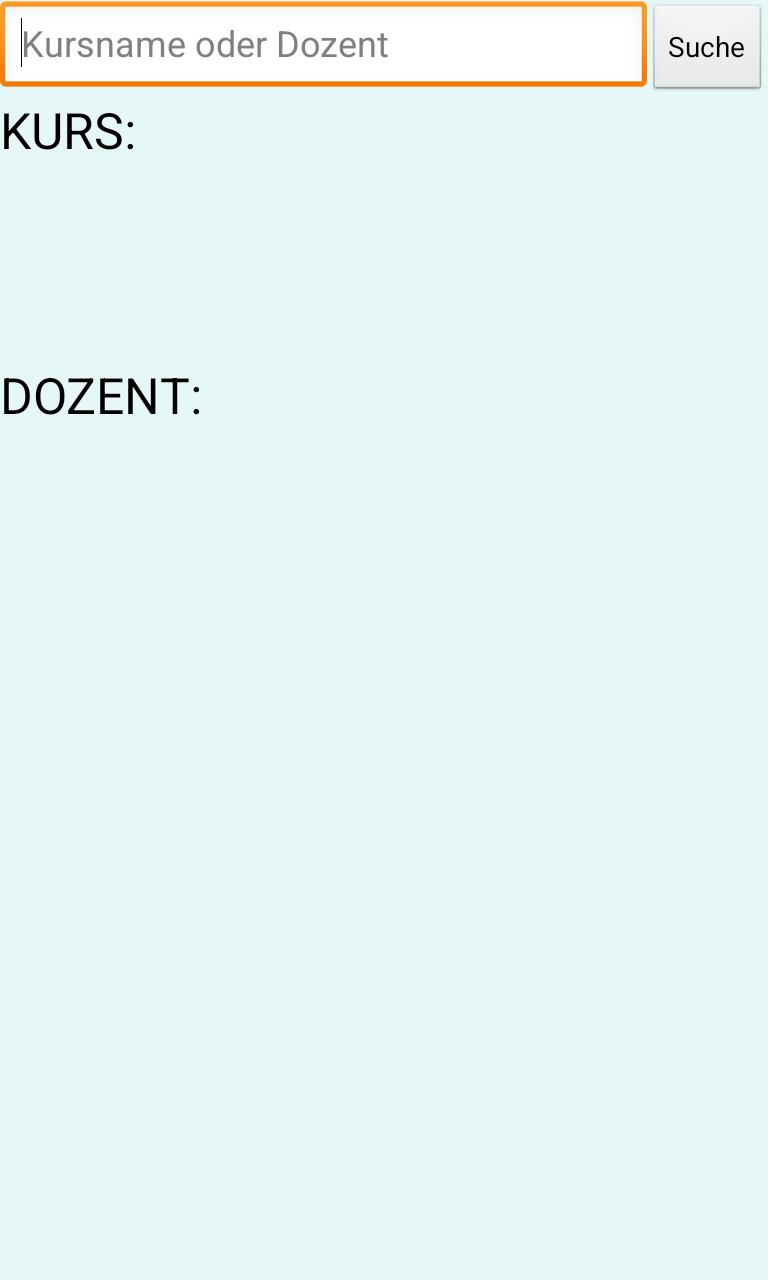
Repository: georgleber/IliConnect
Layout: IliConnect/res/layout/suche_layout.xml
These files come from the project's save history. The layout is drawn as it stood at one moment and after the next save; the edit follows.
It is drawn on a 768 x 1280 px phone screen (xhdpi) without system bars, with theme AppTheme; the app's code is not run. Lists and similar views that code fills are empty.

Above is the layout before, as saved 2012-12-18 22:31:18.

After the next save:
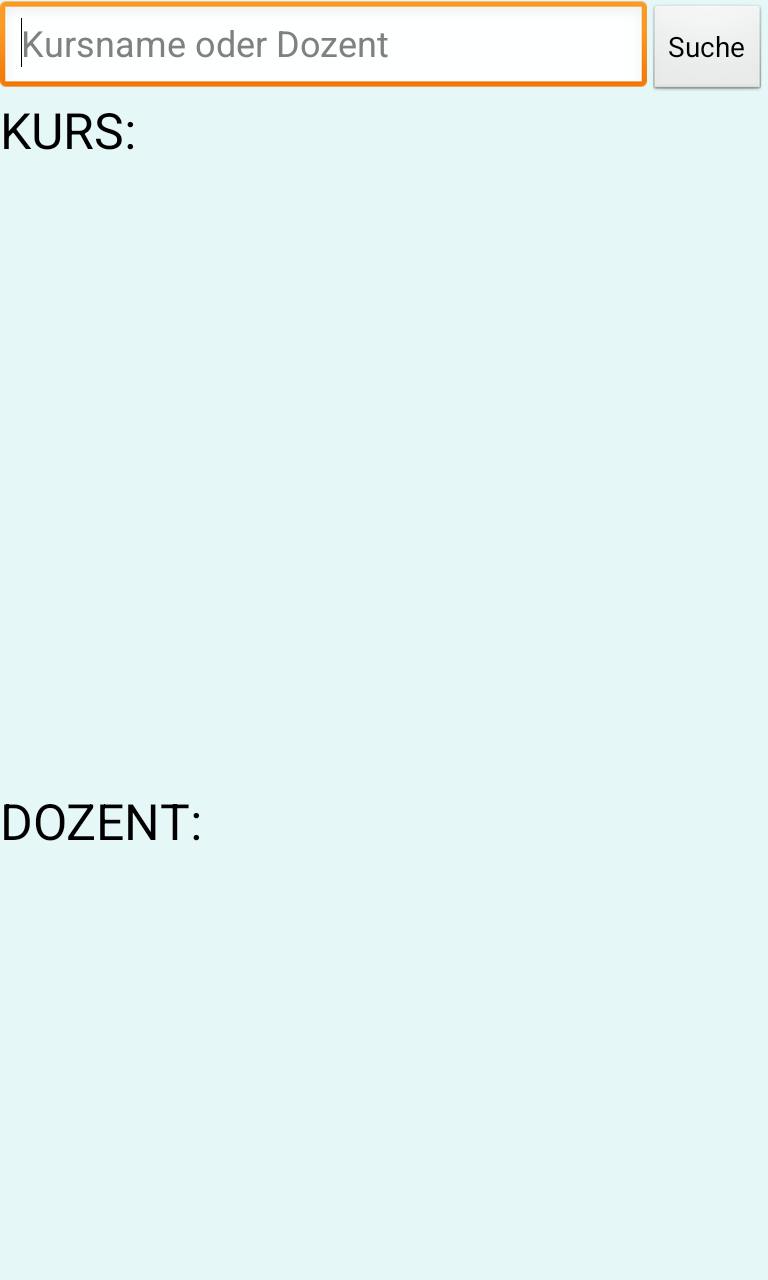
Saved 11 s later.
--- a/IliConnect/res/layout/suche_layout.xml
+++ b/IliConnect/res/layout/suche_layout.xml
@@ -40,7 +40,7 @@
         android:id="@+id/kurs_list"
         style="@style/ListView"
         android:layout_width="fill_parent"
-        android:layout_height="140dp"
+        android:layout_height="fill_parent"
         android:layout_weight="1"  >
     </ListView>
 
